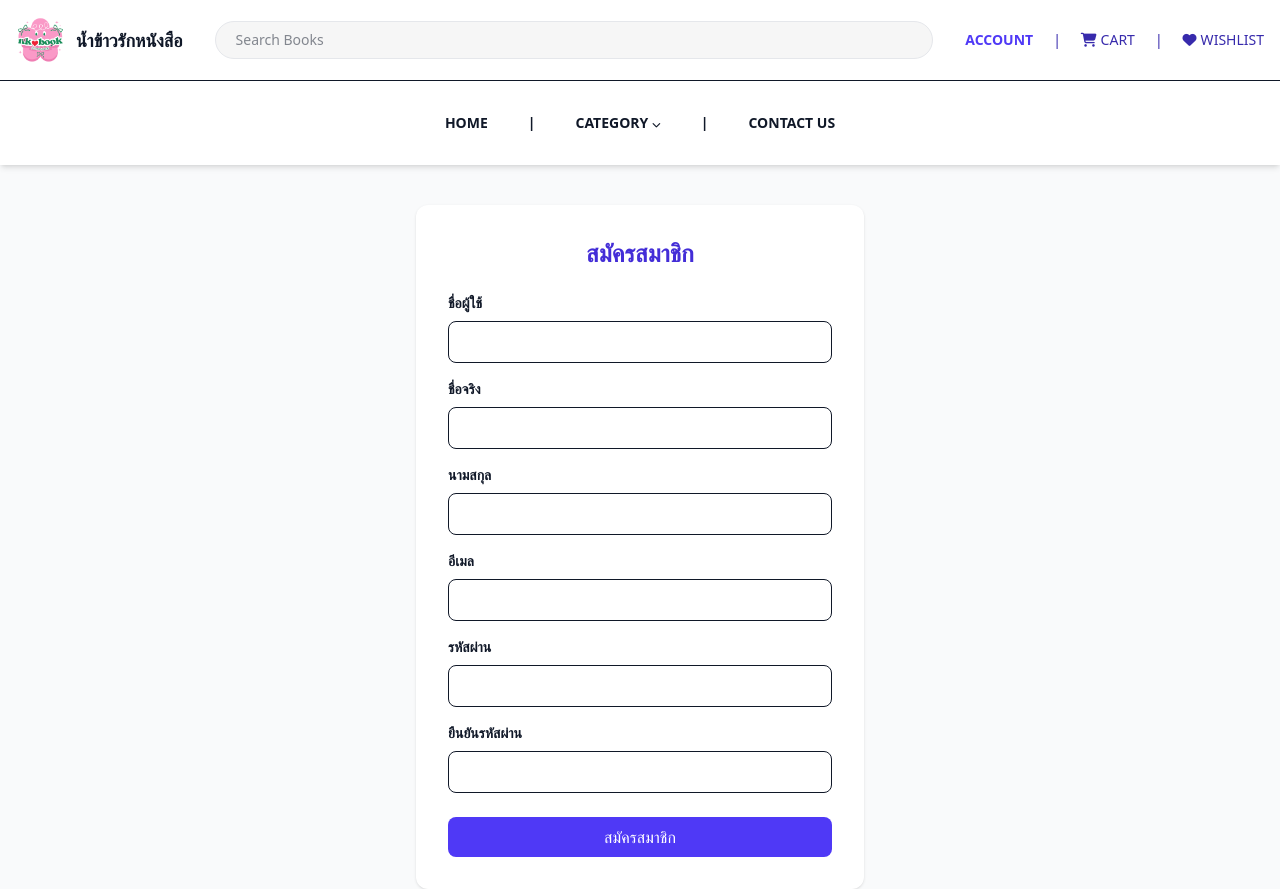
Repository: buratsakon0/NKLoveBook
Page: http://localhost/register
The author's editor kept a copy of each file at every save. The page is drawn from the files as they stood at one save, then again after the next save.
The browser window is 1280 px wide. The pictures show the whole page.
The page is served by the project's Laravel application, run on PHP 8.4 with Laravel 12. Style sheets and scripts are compiled from the project's sources, by tool versions that may differ from the author's. Queries for data that is not in the repository find no rows.

Above is the page before, as saved 2025-10-26 15:10:58.

After the next save:
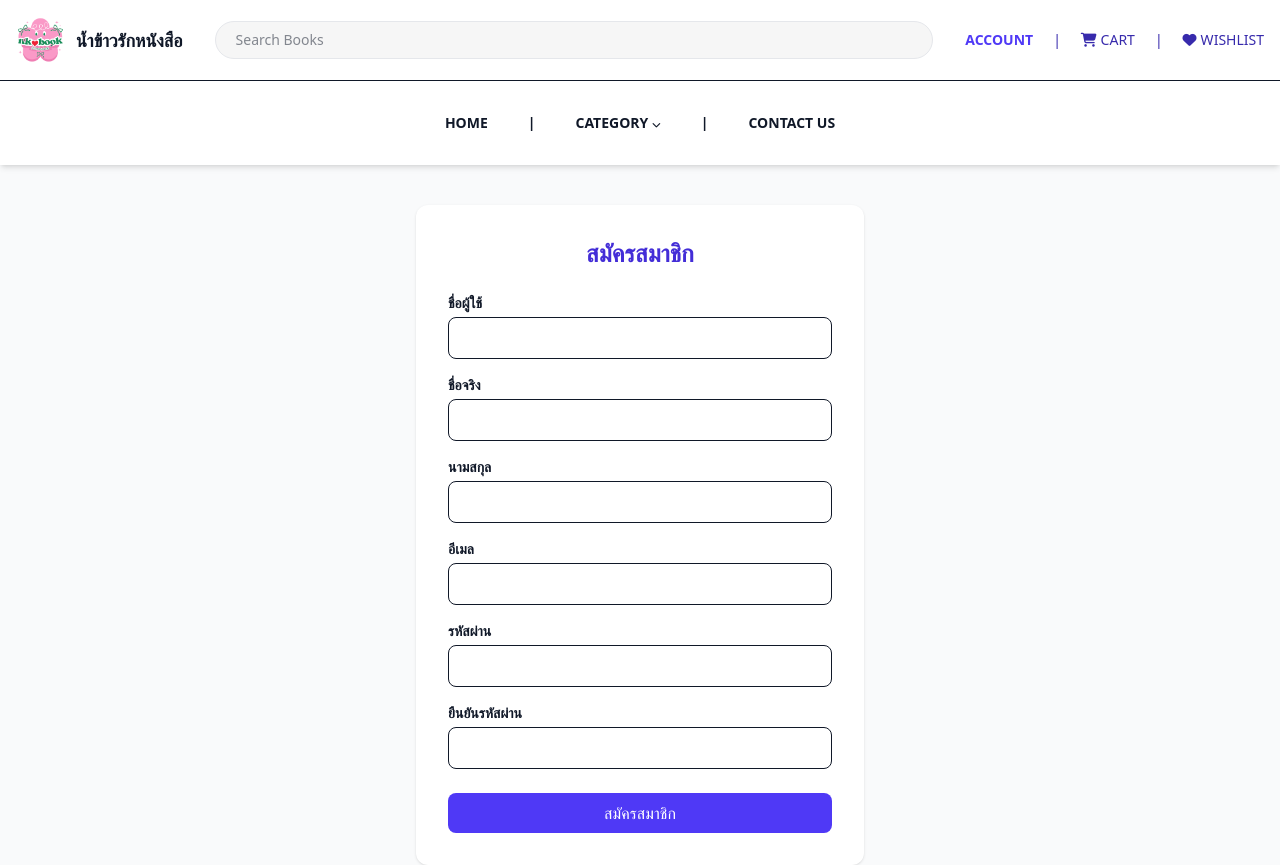
Saved 11 s later.
--- a/resources/views/auth/register.blade.php
+++ b/resources/views/auth/register.blade.php
@@ -4,48 +4,49 @@
 <div class="max-w-md mx-auto mt-10 bg-white p-8 rounded-xl shadow">
     <h2 class="text-center text-2xl font-bold text-indigo-700 mb-6">สมัครสมาชิก</h2>
 
-    {{-- ✅ ส่วนแสดงข้อความเตือน --}}
-    @if ($errors->any())
-        <div class="bg-red-100 border border-red-400 text-red-700 px-4 py-3 rounded-lg mb-6">
-            <ul class="list-disc list-inside">
-                @foreach ($errors->all() as $error)
-                    <li>{{ $error }}</li>
-                @endforeach
-            </ul>
-        </div>
-    @endif
-
-    <form method="POST" action="{{ route('register') }}">
+    <form id="registerForm" method="POST" action="{{ route('register') }}">
         @csrf
 
+        {{-- Username --}}
         <div class="mb-4">
-            <label class="block text-sm font-semibold mb-2">ชื่อผู้ใช้</label>
-            <input type="text" name="Username" value="{{ old('Username') }}" class="w-full border rounded-lg px-3 py-2">
+            <label class="block text-sm font-semibold mb-1">ชื่อผู้ใช้</label>
+            <input type="text" name="Username" id="Username" class="w-full border rounded-lg px-3 py-2">
+            <span id="UsernameError" class="text-red-500 text-sm"></span>
         </div>
 
+        {{-- ชื่อจริง --}}
         <div class="mb-4">
-            <label class="block text-sm font-semibold mb-2">ชื่อจริง</label>
-            <input type="text" name="Fname" value="{{ old('Fname') }}" class="w-full border rounded-lg px-3 py-2">
+            <label class="block text-sm font-semibold mb-1">ชื่อจริง</label>
+            <input type="text" name="Fname" id="Fname" class="w-full border rounded-lg px-3 py-2">
+            <span id="FnameError" class="text-red-500 text-sm"></span>
         </div>
 
+        {{-- นามสกุล --}}
         <div class="mb-4">
-            <label class="block text-sm font-semibold mb-2">นามสกุล</label>
-            <input type="text" name="Lname" value="{{ old('Lname') }}" class="w-full border rounded-lg px-3 py-2">
+            <label class="block text-sm font-semibold mb-1">นามสกุล</label>
+            <input type="text" name="Lname" id="Lname" class="w-full border rounded-lg px-3 py-2">
+            <span id="LnameError" class="text-red-500 text-sm"></span>
         </div>
 
+        {{-- Email --}}
         <div class="mb-4">
-            <label class="block text-sm font-semibold mb-2">อีเมล</label>
-            <input type="email" name="Email" value="{{ old('Email') }}" class="w-full border rounded-lg px-3 py-2">
+            <label class="block text-sm font-semibold mb-1">อีเมล</label>
+            <input type="email" name="Email" id="Email" class="w-full border rounded-lg px-3 py-2">
+            <span id="EmailError" class="text-red-500 text-sm"></span>
         </div>
 
+        {{-- Password --}}
         <div class="mb-4">
-            <label class="block text-sm font-semibold mb-2">รหัสผ่าน</label>
-            <input type="password" name="Password" class="w-full border rounded-lg px-3 py-2">
+            <label class="block text-sm font-semibold mb-1">รหัสผ่าน</label>
+            <input type="password" name="Password" id="Password" class="w-full border rounded-lg px-3 py-2">
+            <span id="PasswordError" class="text-red-500 text-sm"></span>
         </div>
 
+        {{-- Confirm --}}
         <div class="mb-6">
-            <label class="block text-sm font-semibold mb-2">ยืนยันรหัสผ่าน</label>
-            <input type="password" name="Password_confirmation" class="w-full border rounded-lg px-3 py-2">
+            <label class="block text-sm font-semibold mb-1">ยืนยันรหัสผ่าน</label>
+            <input type="password" name="Password_confirmation" id="Password_confirmation" class="w-full border rounded-lg px-3 py-2">
+            <span id="PasswordConfirmError" class="text-red-500 text-sm"></span>
         </div>
 
         <button type="submit" class="w-full bg-indigo-600 text-white py-2 rounded-lg hover:bg-indigo-700">
@@ -53,4 +54,41 @@
         </button>
     </form>
 </div>
+
+{{-- ✅ ตรวจแบบ real-time --}}
+<script>
+document.addEventListener('DOMContentLoaded', () => {
+    const username = document.getElementById('Username');
+    const email = document.getElementById('Email');
+    const password = document.getElementById('Password');
+    const confirm = document.getElementById('Password_confirmation');
+
+    // ตรวจ username ซ้ำ
+    username.addEventListener('input', async () => {
+        const res = await fetch(`/api/check-username?Username=${username.value}`);
+        const data = await res.json();
+        document.getElementById('UsernameError').textContent =
+            data.exists ? 'ชื่อผู้ใช้นี้ถูกใช้แล้ว' : '';
+    });
+
+    // ตรวจ email ซ้ำ
+    email.addEventListener('input', async () => {
+        const res = await fetch(`/api/check-email?Email=${email.value}`);
+        const data = await res.json();
+        document.getElementById('EmailError').textContent =
+            data.exists ? 'อีเมลนี้ถูกใช้แล้ว' : '';
+    });
+
+    // ตรวจ password ทันที
+    password.addEventListener('input', () => {
+        document.getElementById('PasswordError').textContent =
+            password.value.length < 6 ? 'รหัสผ่านต้องมีอย่างน้อย 6 ตัวอักษร' : '';
+    });
+
+    confirm.addEventListener('input', () => {
+        document.getElementById('PasswordConfirmError').textContent =
+            confirm.value !== password.value ? 'รหัสผ่านไม่ตรงกัน' : '';
+    });
+});
+</script>
 @endsection
